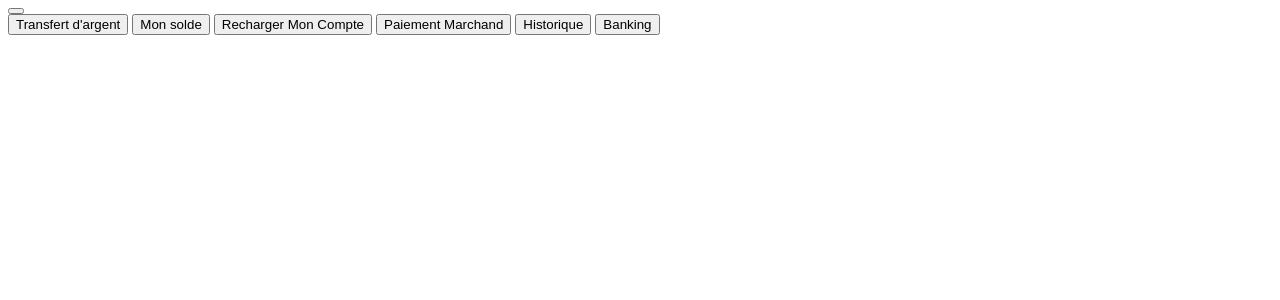
Repository: nyoumi/perfectpay
Page: src/pages/home/home.html
These files come from the project's save history. The page is drawn as it stood at one moment and after the next save; the edit follows.
The browser window is 1280 px wide. The pictures show the whole page.

Above is the page before, as saved 2021-02-02 09:14:53.

After the next save:
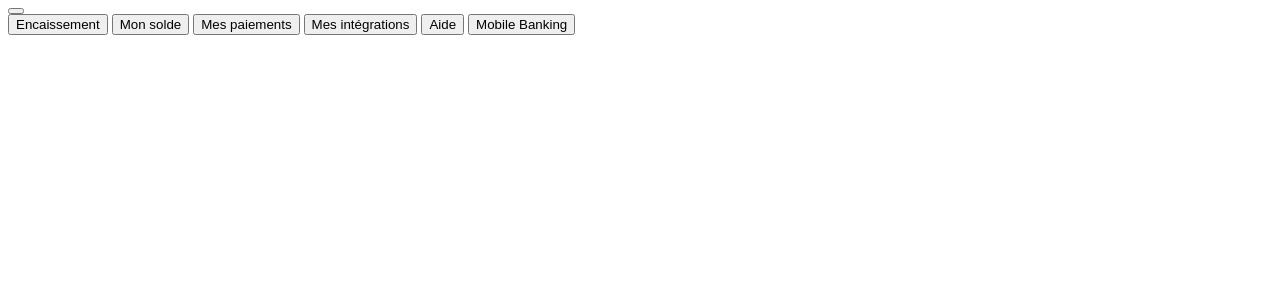
Saved 7 days later.
--- a/src/pages/home/home.html
+++ b/src/pages/home/home.html
@@ -22,10 +22,10 @@
      <ion-row text-center>
 
       <ion-col col-6>
-        <button ion-button color="light" outline (tap)="gotoTransfert()">
+        <button ion-button color="light" outline (tap)="doRadio()">
 
           <div><ion-icon name="custom-payment"></ion-icon></div>
-          Transfert d'argent
+          Encaissement
 
       </button>
     </ion-col>
@@ -43,10 +43,10 @@
      <ion-row text-center>
 
       <ion-col col-6>
-         <button ion-button color="light" outline (tap)="doRadio()">
+         <button ion-button color="light" outline (tap)="getHistory()">
 
         <div><ion-icon name="custom-topup"></ion-icon></div>
-        Recharger Mon Compte
+        Mes paiements
 
       </button>
     </ion-col>
@@ -54,7 +54,7 @@
          <button ion-button color="light" outline (tap)="gotoPayment()">
 
         <div><ion-icon name="custom-settings"></ion-icon></div>
-        Paiement Marchand
+        Mes intégrations
 
       </button>
     </ion-col>
@@ -63,17 +63,17 @@
      <ion-row text-center>
 
       <ion-col col-6>
-        <button ion-button color="light" outline (tap)="getHistory()" >
+        <button ion-button color="light" outline  >
 
         <div><ion-icon name="custom-history"></ion-icon></div>
-        Historique
+        Aide
 
       </button>
     </ion-col>
       <ion-col col-6> <button ion-button color="light" outline (tap)="makeBanking()">
 
         <div><ion-icon name="custom-topup"></ion-icon></div>
-        Banking
+        Mobile Banking
 
       </button>
     </ion-col>
